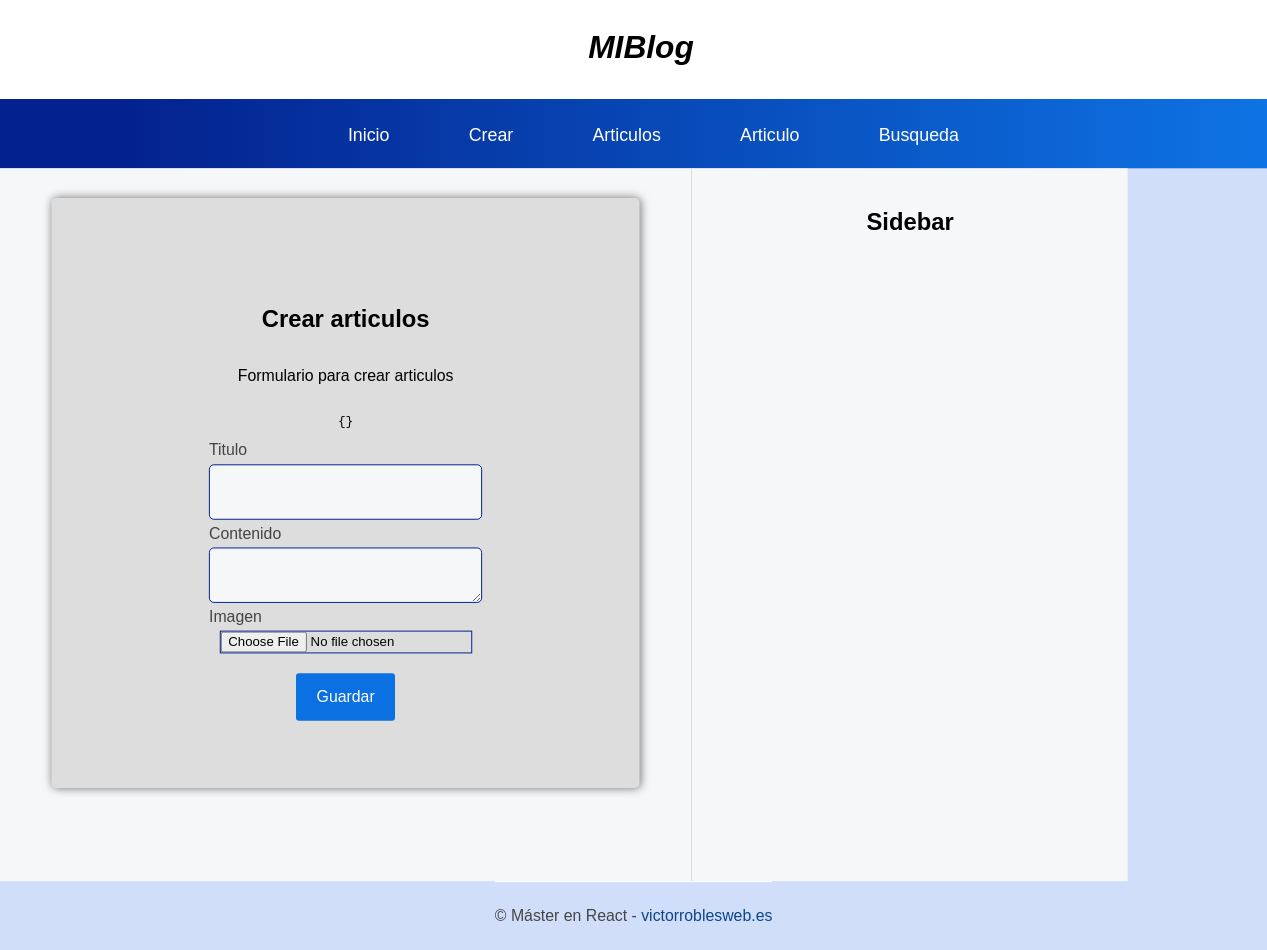
Repository: DamianBermudez94/frondEnd-blog
Page: /crear
The author's editor kept a copy of each file at every save. The page is drawn from the files as they stood at one save, then again after the next save.
The browser window is 1280 px wide. The pictures show the whole page, at 99% of full size.
The project was rebuilt for these pictures with package versions that can differ from the ones it lists, and the page was loaded fresh each time. Also part of the build but not shown: vite.config.js, src/components/pages/Inicio.jsx, src/components/pages/Busqueda.jsx, src/components/pages/Listado.jsx, src/components/pages/Articulos.jsx, src/components/pages/Articulo.jsx.

Above is the page before, as saved 2023-08-16 18:36:46.

### index.html
<!doctype html>
<html lang="es">
  <head>
    <meta charset="UTF-8" />
    <link rel="icon" type="image/svg+xml" href="/vite.svg" />
    <meta name="viewport" content="width=device-width, initial-scale=1.0" />
    <title>Proyecto-blog</title>
  </head>
  <body>
    <div id="root"></div>
    <script type="module" src="/src/main.jsx"></script>
  </body>
</html>

### src/main.jsx

import ReactDOM from 'react-dom/client'
import App from './App.jsx'
import './index.css'

ReactDOM.createRoot(document.getElementById('root')).render(

    <App />

)

### src/App.jsx
import { Rutas } from "./router/rutas"



function App() {


  return (
    <div className="layout">
      <Rutas></Rutas>
    </div>
  )
}

export default App

### src/index.css
/*:root {
  font-family: Inter, system-ui, Avenir, Helvetica, Arial, sans-serif;
  line-height: 1.5;
  font-weight: 400;

  color-scheme: light dark;
  color: rgba(255, 255, 255, 0.87);
  background-color: #242424;

  font-synthesis: none;
  text-rendering: optimizeLegibility;
  -webkit-font-smoothing: antialiased;
  -moz-osx-font-smoothing: grayscale;
  -webkit-text-size-adjust: 100%;
}

a {
  font-weight: 500;
  color: #646cff;
  text-decoration: inherit;
}
a:hover {
  color: #535bf2;
}

body {
  margin: 0;
  display: flex;
  place-items: center;
  min-width: 320px;
  min-height: 100vh;
}

h1 {
  font-size: 3.2em;
  line-height: 1.1;
}

button {
  border-radius: 8px;
  border: 1px solid transparent;
  padding: 0.6em 1.2em;
  font-size: 1em;
  font-weight: 500;
  font-family: inherit;
  background-color: #1a1a1a;
  cursor: pointer;
  transition: border-color 0.25s;
}
button:hover {
  border-color: #000bdb;
}
button:focus,
button:focus-visible {
  outline: 4px auto -webkit-focus-ring-color;
}

@media (prefers-color-scheme: light) {
  :root {
    color: #213547;
    background-color: #ffffff;
  }
  a:hover {
    color: #000dff;
  }
  button {
    background-color: #f9f9f9;
  }
}*/


/*ESTILOS GENERALES*/

body{
  background: #d1defa;
  font-family: sans-serif, Arial, Helvetica;
  text-align: center;
  padding: 0px;
  margin: 0px;
  box-sizing: border-box;

}

.layout{
  display: grid;
  grid-template-areas:
      "header header header header"
      "nav nav nav nav"
      "content content content lateral"
      "footer footer footer footer"
  ;
  grid-template-rows: 100px 70px auto 70px;
}

/*ESTILOS CABECERA*/

.header{
  grid-area: header;
  width: 100%;
  background: white;
  text-align: left;
  font-style: italic;

  display: flex;
  justify-content: center;
}



.header h1{
  margin-left: 15px;
  margin-top: 30px;
}

/*ESTILOS DE LA BARRA DE NAVEGACIÓN*/

.nav{
  grid-area: nav;
  background: linear-gradient(90deg, #03228f 10%, #0e73e4 100%);
}

.nav > ul {
  display: flex;
  justify-content: center;
  align-items: center;
  list-style: none;
}

.nav li{
  padding: 10px;
}

.nav a {
  display: block;
  margin-left: 30px;
  margin-right: 30px;
  font-size: 18px;
  font-weight: lighter;
  color: white;
  text-decoration: none;
  transition: all 300ms;
}

.nav a:hover{
  transform: scale(1.1, 1.1);
}

/*ESTILOS PARA EL CONTENIDO PRINCIPAL*/

.content{
  height: 100vh;
  grid-area: content;
  background: #f6f7f9;
  display: flex;
  flex-flow: wrap;
  justify-content: flex-start;
  align-items: initial;
  flex-grow: 1;
  overflow: hidden;
}
.jumbo{
  width: 85%;
  height: 80%;
  padding-top: 20px;
  display: flex;
  background-color: #ddd;
  justify-content: center;
  align-items: center;
  flex-direction: column;
  border-radius: 5px;
  box-shadow: 1px 0px 10px 0px #6e6e6e;
  margin: 30px auto;
}
.articulo-item{
  flex-grow: 1;
  background: white;
  border-radius: 10px;
  box-shadow: 0px 0px 6px #ddd;
  margin: 20px;
  padding-top: 60px;
  padding-bottom: 60px;
  padding-left: 25px;
  padding-right: 25px;
  display: flex;
  justify-content: center;
  align-items: center;
  max-height: 225px;
}
.articulo-img img{
  width: 500px;
  overflow: hidden;
}
.articulo-item .edit{
  margin-right: 7px;
}
.articulo-datos{
  text-align: left;
}
.title-articulo{
  font-size: 25px;

}
.button,
button,
input[type="submit"],
input[type="button"]{
  width: 100px;
  background: #0b70e1;
  color: white;
  border: 0;
  outline: 0;
  padding:15px;
  border-radius: 3px;
  margin-top:15px;
  text-transform: capitalize;
  font-size: 16px;
  font-weight: 500;
  cursor: pointer;
  transition: all 300ms;
}
.articulo-borrar{
  margin-right: 20px;
}
.articulo-item .articulo-borrar:hover{

  background: #9b0202;
}

.articulo-item .articulo-editar:hover{
  background: #e77b00;
}

/*ESTILOS BARRA LATERAL*/

.lateral{
  width: 400px;
  grid-area: lateral;
  background: #f6f7f9;
  border-left: 1px solid #ddd;
  padding: 20px;
}

.lateral > div{
  box-sizing: border-box;
  width: 90%;
  margin: 20px;
  padding: 20px;
  padding-top: 10px;
  background: white;
  border-radius: 10px;
  box-shadow: 0px 0px 6px #ddd;
}

input[type="text"],
input[type="text"],
textarea,
input[type="text"],
input[type="text"],
textarea
{
  display: block;
  margin: 0 auto;
  margin-top: 15px;
  padding: 12px;
  border-radius: 5px;
  background: #f6f7f9;
  color: #454545;
  width: 80%;
  max-width: 250px;
  min-width: 250px;
  min-height: 30px;
  max-height: 250px;
  opacity: 4;
  outline: 0;
  border-color: transparent;
}
.no-encontrado{
  color: #9b0202;
}
.edit_form{
  border-top: 1px solid #ddd;
  margin-top: 10px;
}
.formulario{
 margin-top: 0;
}
.grup-form label{
 display: block;
  text-align: left;

  color: #444;
  margin-bottom: 5px;
}
.grup-form input,
.grup-form textarea{
  border: 1px solid #03228f;
   margin-bottom: 5px;
   outline: 0;
   margin-top: 0;
 }
/*ESTILOS PARA EL PIE DE PÁGINA*/
.footer{
  max-height: 300px;
  grid-area: footer;
  margin: 0 auto;
  background-color: #d1defa;
  color: #454545;
  border-top: 1px solid white;

  line-height: 68px;

}

.footer a{
  color: #0b468a;
  text-decoration: none;
}

@media (max-width: 1085px){
  .content {
      height: 100vh;
      flex-flow: column wrap;
      justify-content: center;
      align-items: center;
  }

  .articulo-item{
      width: 80%;
  }
}

### src/router/rutas.jsx

import { BrowserRouter, Routes, Route } from "react-router-dom";
import { Inicio } from "../components/pages/Inicio";
import { Busqueda } from "../components/pages/Busqueda";
import { Crear } from "../components/pages/Crear";
import Articulos from "../components/pages/Articulos";
import { Articulo } from "../components/pages/Articulo";
import { Header } from "../components/layout/Header";
import { Nav } from "../components/layout/Nav";
import { Footer } from "../components/layout/Footer";
import { Sidebar } from "../components/layout/Sidebar";


export const Rutas = ()=>{

    return(

        <BrowserRouter>
            {/*Layout*/}
            <Header></Header>
            <Nav></Nav>
            {/*Contenido principal y rutas*/}
            <section id="content" className="content">
                <Routes>
                    <Route path="/" element={<Inicio/>}/>
                    <Route path="/inicio" element={<Inicio/>}/>
                    <Route path="/busqueda" element={<Busqueda/>}/>
                    <Route path="/crear" element={<Crear/>}/>
                    <Route path="/articulos" element={<Articulos/>}/>
                    <Route path="/articulo" element={<Articulo/>}/>
                </Routes>
            </section>
            <Sidebar/>
            <Footer></Footer>
        </BrowserRouter>

    )

}

### src/components/pages/Crear.jsx
import { useState } from "react";
import { useForm } from "../../hooks/useForm";
import {Peticion} from "../../helper/Peticion";
import {Global} from "../../helper/Global"
export const Crear = () => {
  const { datos, enviado, cambiado} = useForm({});
  const [resultado, setResultado] = useState("no_enviado");
  const guardarArticulo = async (e)=>{
    e.preventDefault();
    let nuevoArticulo = datos;
    console.log("soy los nuevos datos",nuevoArticulo);
    const datos = await Peticion(Global.url+"crear","POST", nuevoArticulo);
    if (datos.status === "success") {
      setResultado("guardado")
    } else {
      setResultado("error")
    }
    console.log(datos);
  }
  return (
    <div className="jumbo">
      <h1>Crear articulos</h1>
      <p>Formulario para crear articulos</p>
      <pre>{JSON.stringify(datos)}</pre>
      <strong>{resultado === "guardado" ? "Los datos de guardaron correctamente" : ""}</strong>
      <strong>{resultado === "error" ? "Los datos son invalidos" : ""}</strong>
      <form className="formulario" onSubmit={guardarArticulo}>
        <div className="grup-form">
          <label htmlFor="titulo">Titulo</label>
          <input type="text" name="titulo" onChange={cambiado}/>
        </div>
        <div className="grup-form">
          <label htmlFor="contenido">Contenido</label>
          <textarea type="textarea" name="contenido" onChange={cambiado}/>
        </div>
        <div className="grup-form">
          <label htmlFor="file0">Imagen</label>
          <input type="file" name="file0" id="file"/>
        </div>
        <input type="submit" value="Guardar" className="btn btn-succes" />
      </form>
    </div>
  );
};

### src/components/layout/Header.jsx
import React from 'react'

export const Header = () => {
  return (

         <header className="header">
            <h1>MIBlog</h1>
        </header>

  )
}

### src/components/layout/Nav.jsx
import React from 'react'
import { NavLink } from 'react-router-dom'

export const Nav = () => {
  return (

           <nav className="nav">
            <ul>
                <li><NavLink to="/#">Inicio</NavLink></li>
                <li><NavLink to="/crear">Crear</NavLink></li>
                <li><NavLink to="/articulos">Articulos</NavLink></li>
                <li><NavLink to="/articulo">Articulo</NavLink></li>
                <li><NavLink to="/busqueda">Busqueda</NavLink></li>

            </ul>
        </nav>

  )
}

### src/components/layout/Footer.jsx
import React from 'react'

export const Footer = () => {
  return (

         <footer className="footer">
            &copy; Máster en React - <a href="https://victorroblesweb.es">victorroblesweb.es</a>
        </footer>

  )
}

### src/components/layout/Sidebar.jsx
import React from 'react'

export const Sidebar = () => {
  return (
        <aside className="lateral">

            <h1>Sidebar</h1>

        </aside>

  )
}

### src/hooks/useForm.jsx
import {useState} from 'react'

export const useForm = (objetoInicial = {}) => {
    const [datos, setDatos] = useState(objetoInicial);
    const [enviado, setEnviado] = useState(false);

    console.log("soy los datos",datos);
    const serializarFormulario = (datos)=>{
        // new FormData: es una libreria de JavaScript para obtener nuevos datos
        const formData = new FormData(datos);
        console.log("Hola,soy los datos del formulario",formData);
        // Inicializamos un objeto vacio para despues rellenar con los nuevos datos
        const objectCompleto = {};
        // Recorremos el formulario para que valla agregando la nueva informacion
        for(let [name,value] of formData){
            objectCompleto[name]= value;
        }
        // Retornamos el objeto con todos los datos del formulario
        return objectCompleto;
    }
    const cambiado =(e)=>{
        // desestructuración del objeto
        //const {name,value} = target;
      console.log("soy el name",e);
        // Actualizamos el estado con el formulario ya establecido y con los datos nuevos
        setDatos({
            // Expandimos los datos que ya habia en el estado y le agregamos la nueva informacion: EJ, name.titulo
            ...datos,
            [e.target.name]: e.target.value
            //[name]:target.value,
        })

    }

    const handleSubmit  = (e)=>{
        e.preventDefault()
        /*let curso= {

            titulo: e.target.titulo.value,
            anio: e.target.anio.value,
            autor: e.target.autor.value,
            email: e.target.email.value,
            descripcion: e.target.descripcion.value
        }*/
        if (!datos.titulo === "" || !datos.anio === "" || !datos.autor === "" || !datos.email==="" || !datos.description ==="") {
            let curso = serializarFormulario(e.target);
            setDatos(curso);
            setEnviado(true);

        } else {
           alert("por favor rellenar el formulario")

        }

    }

    return{
        datos,
        cambiado,
        handleSubmit,
        enviado

    }
}

### src/helper/Peticion.jsx
export const Peticion = async (url, metodo, datosGuardar = "") => {
  let datos = [];
  let cargando = true;

  cargando = true;
  let opciones = {
    method: "GET",
  };
  if (metodo === "GET" || metodo === "DELETE") {
    opciones = {
      method: metodo,
    };
  }
  if (metodo === "POST" || metodo === "PUT") {
    opciones = {
      method: metodo,
      body: JSON.stringify(datosGuardar),
      headers: {
        "Content-Type": "application/json",
      }
    };
  }
    const peticion = await fetch(url, opciones);
          datos = await peticion.json();
    cargando=false;


  return {
    datos,
    cargando,
  }
}

### src/helper/Global.jsx
export const Global = {
    url:"http://localhost:3750/api/"
}

After the next save:
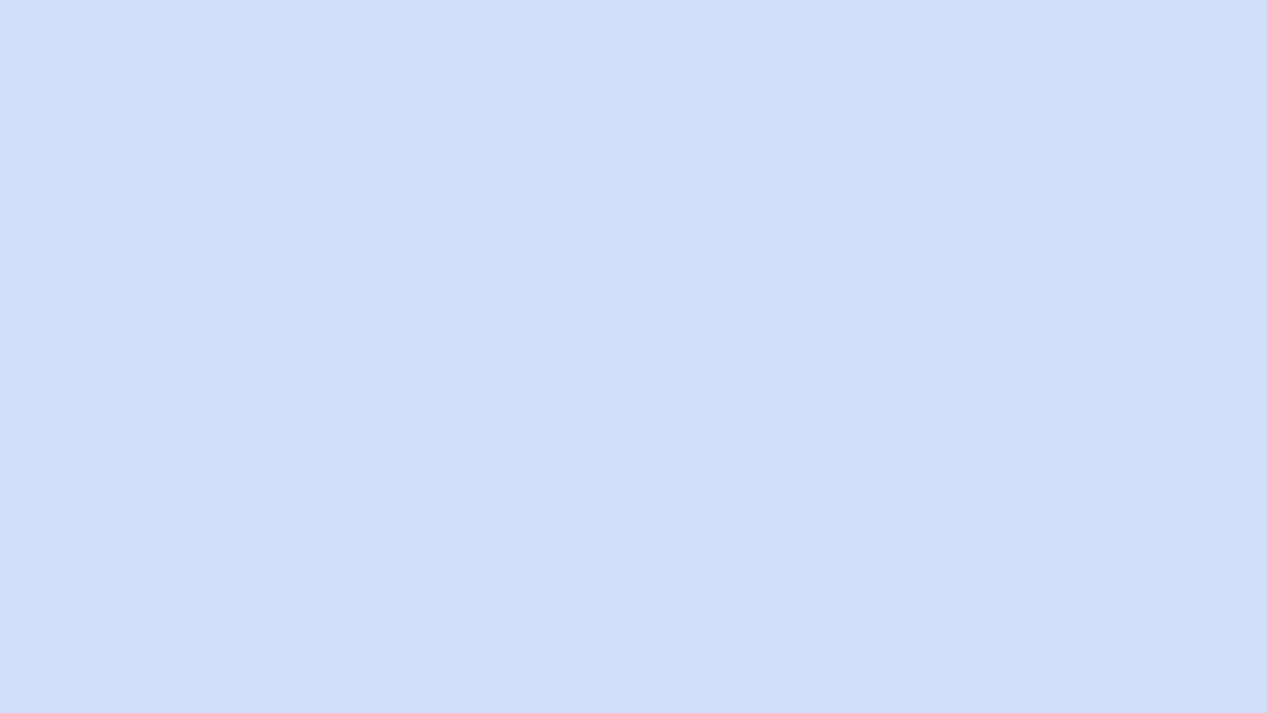
Console error: ReferenceError: datos is not defined
Saved 113 s later.
--- a/src/hooks/useForm.jsx
+++ b/src/hooks/useForm.jsx
@@ -1,10 +1,10 @@
 import {useState} from 'react'
 
 export const useForm = (objetoInicial = {}) => {
-    const [datos, setDatos] = useState(objetoInicial);
+    const [formulario, setFormulario] = useState(objetoInicial);
     const [enviado, setEnviado] = useState(false);
 
-    console.log("soy los datos",datos);
+    console.log("soy los datos",formulario);
     const serializarFormulario = (datos)=>{
         // new FormData: es una libreria de JavaScript para obtener nuevos datos
         const formData = new FormData(datos);
@@ -25,7 +25,7 @@
         // Actualizamos el estado con el formulario ya establecido y con los datos nuevos
         setDatos({
             // Expandimos los datos que ya habia en el estado y le agregamos la nueva informacion: EJ, name.titulo
-            ...datos,
+            ...formulario,
             [e.target.name]: e.target.value
             //[name]:target.value,
         })
@@ -42,9 +42,9 @@
             email: e.target.email.value,
             descripcion: e.target.descripcion.value
         }*/
-        if (!datos.titulo === "" || !datos.anio === "" || !datos.autor === "" || !datos.email==="" || !datos.description ==="") {
+        if (!formulario.titulo === "" || !formulario.anio === "" || !formulario.autor === "" || !formulario.email==="" || !formulario.description ==="") {
             let curso = serializarFormulario(e.target);
-            setDatos(curso);
+            setFormulario(curso);
             setEnviado(true);
 
         } else {

After the save that followed:
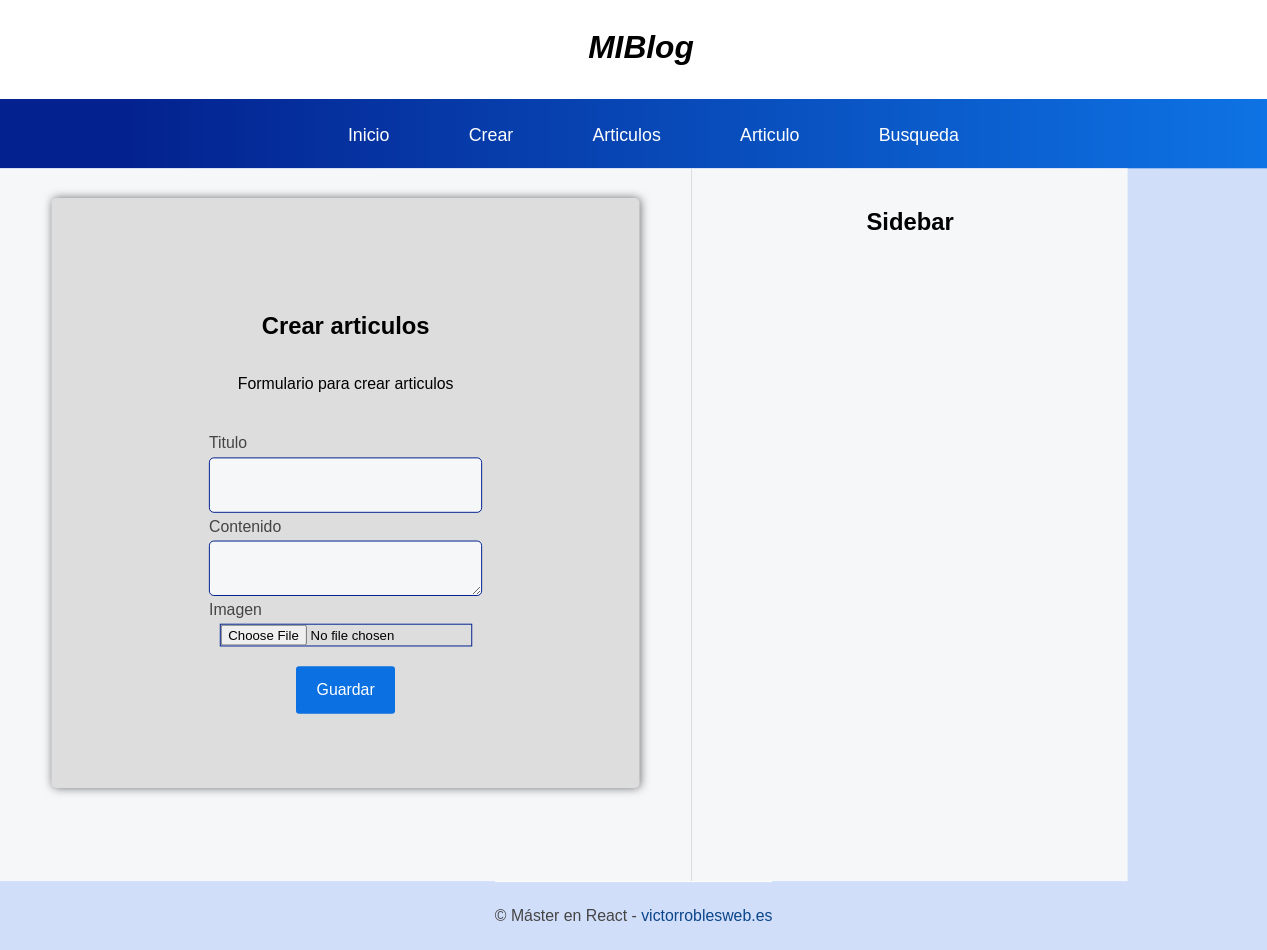
The error is gone.
Saved 19 s later.
--- a/src/hooks/useForm.jsx
+++ b/src/hooks/useForm.jsx
@@ -23,7 +23,7 @@
         //const {name,value} = target;
       console.log("soy el name",e);
         // Actualizamos el estado con el formulario ya establecido y con los datos nuevos
-        setDatos({
+        setFormulario({
             // Expandimos los datos que ya habia en el estado y le agregamos la nueva informacion: EJ, name.titulo
             ...formulario,
             [e.target.name]: e.target.value
@@ -55,7 +55,7 @@
     }
 
     return{
-        datos,
+        formulario,
         cambiado,
         handleSubmit,
         enviado
